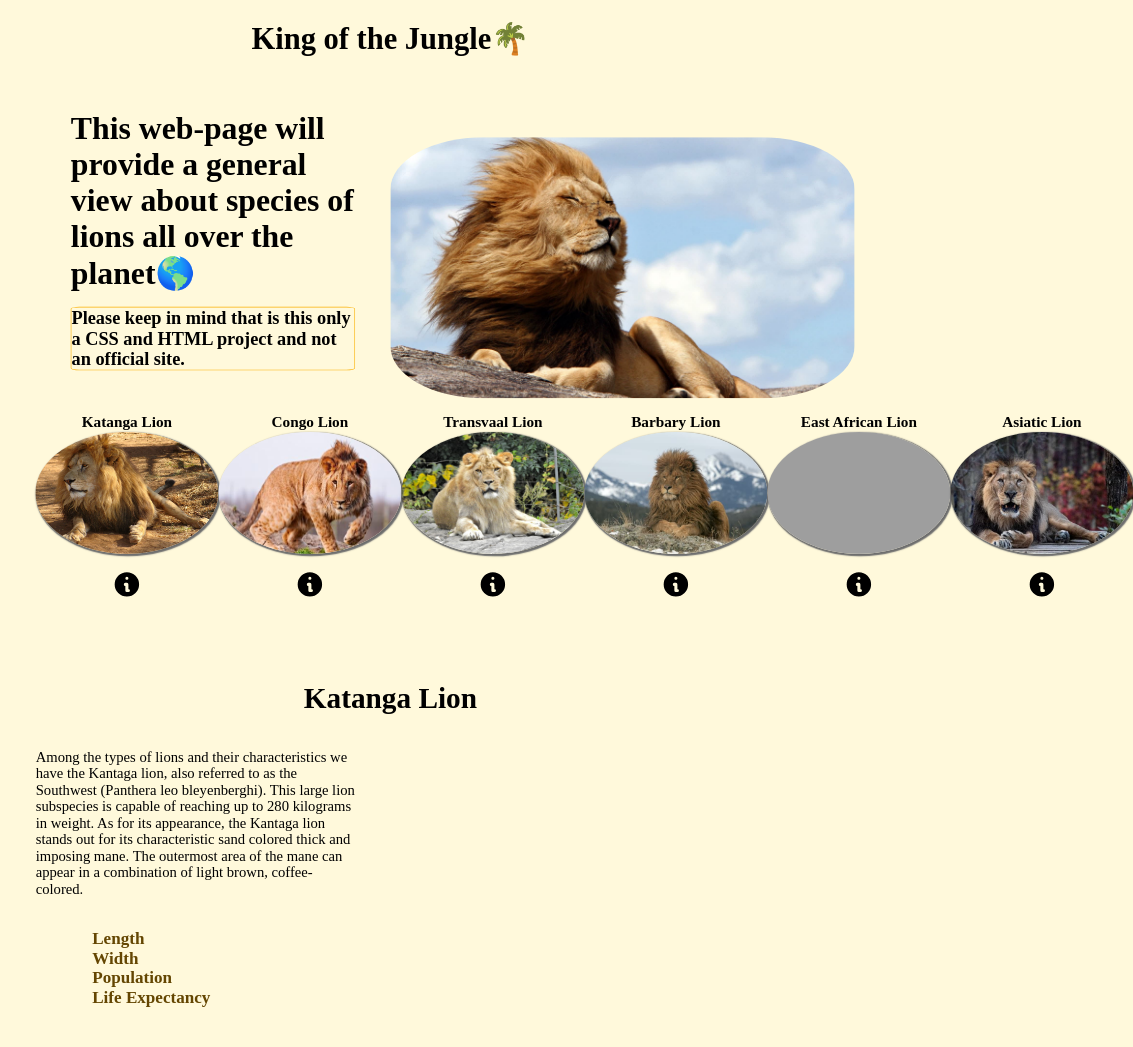
Repository: GeorgeManias/lions_project
Page: index.html
The author's editor kept a copy of each file at every save. The page is drawn from the files as they stood at one save, then again after the next save.
The browser window is 1280 px wide. The page is 1858 px wide, so the pictures cover 1858 px, including what lies to the right of the window. The pictures show the whole page, at 61% of full size.
Pictures or frames that could not be fetched are drawn as grey boxes. Some web fonts or font styles are not loaded; a fallback is used.

Above is the page before, as saved 2021-11-05 20:18:13.

After the next save:
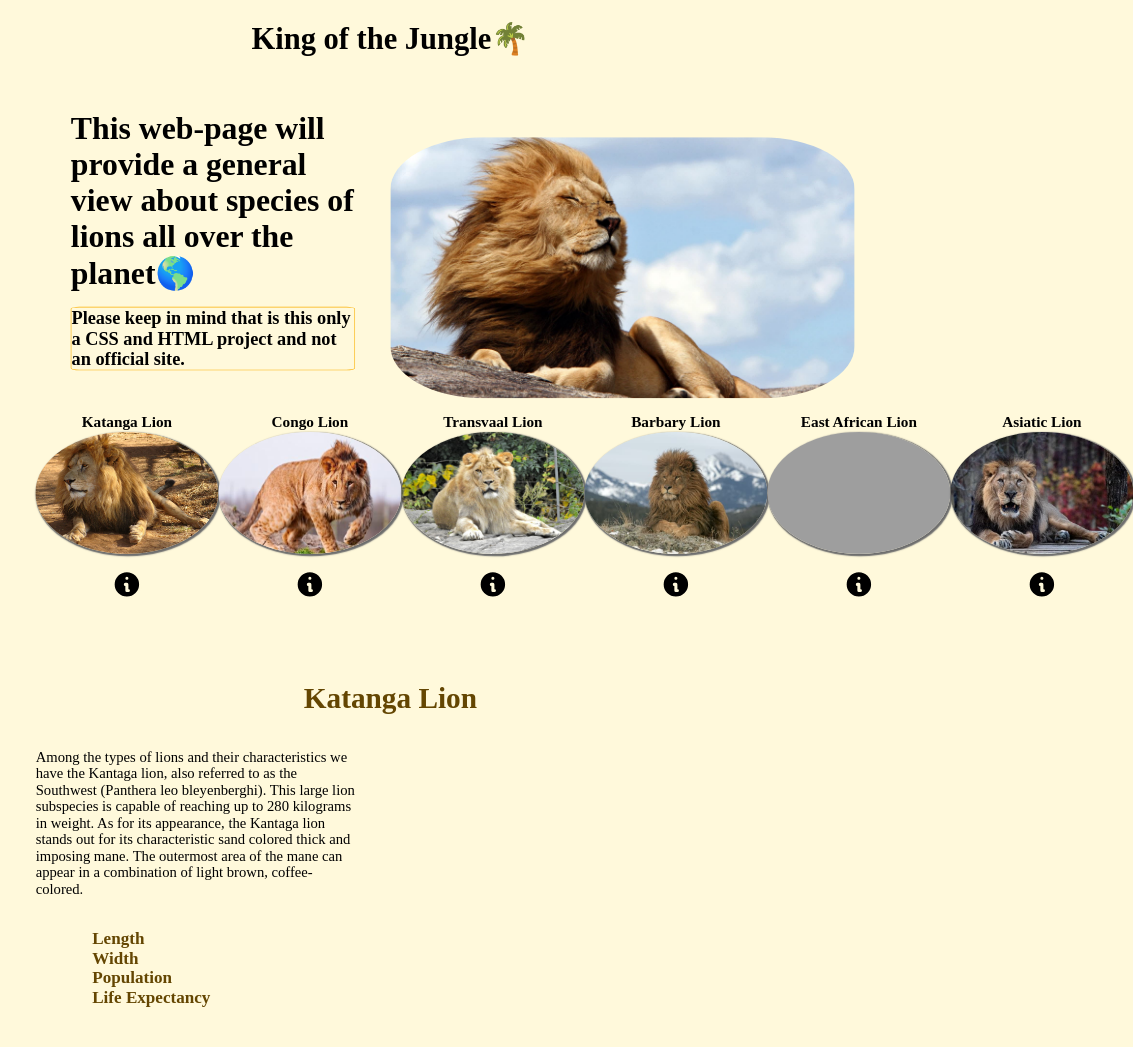
Saved 51 s later.
--- a/index.css
+++ b/index.css
@@ -272,6 +272,7 @@ Katanga Analysis 1/6 Arxh
 .analysis_h1 {
   font-size: 4.8rem;
   text-align: center;
+  color: #644602;
 }
 
 .analysis_p {
